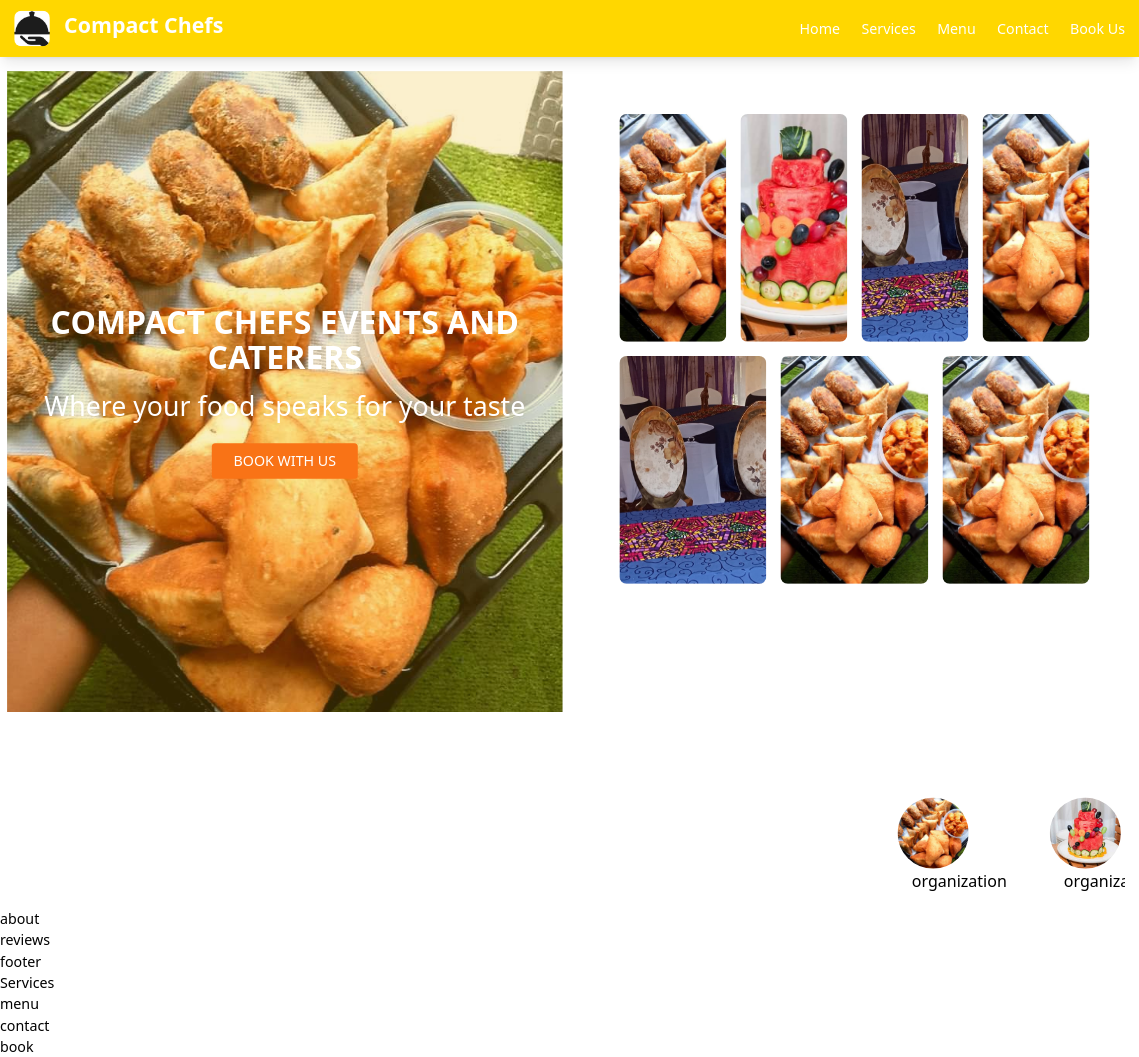
Repository: makanda596/compactchef
Page: /menu
The author's editor kept a copy of each file at every save. The page is drawn from the files as they stood at one save, then again after the next save.
The browser window is 1280 px wide. The pictures show the whole page, at 89% of full size.
The project was rebuilt for these pictures with package versions that can differ from the ones it lists, and the page was loaded fresh each time.

Above is the page before, as saved 2025-01-07 16:50:30.

### public/index.html
<!DOCTYPE html>
<html lang="en">
  <head>
    <meta charset="utf-8" />
    <link rel="icon" href="./logo.jpg" />
    <meta name="viewport" content="width=device-width, initial-scale=1" />

    <link rel="apple-touch-icon" href="./logo.jpg" />


    <title>CompactChef Events</title>
  </head>
  <body>
    <div id="root"></div>
  </body>
</html>

### src/App.js
import Home from './pages/Home.jsx'
import Services from './pages/Services.jsx'
import Menu from './pages/Menu.jsx'
import Contact from './pages/Contact.jsx'
import Book from './pages/Book.jsx'
function App() {
  return (
    <>
      <Home />
      <Services />
      <Menu />
      <Contact />
      <Book />
    </>
  );
}

export default App;

### src/pages/Home.jsx
import React from 'react'
import Hero from '../components/Hero.jsx'
import Client from '../components/Client.jsx'
import About from '../components/About.jsx'
import Reviews from '../components/Reviews.jsx'
import Footer from '../components/Footer.jsx'
import Navbar from '../components/Navbar.jsx'
function Home() {
    return (
        <div>
            <Navbar />
            <Hero />
            <Client />
            <About />
            <Reviews />
            <Footer />
        </div>
    )
}

export default Home

### src/pages/Services.jsx
import React from 'react'

function Services() {
    return (
        <div>
            Services
        </div>
    )
}

export default Services

### src/pages/Menu.jsx
import React from 'react'

function Menu() {
    return (
        <div>
            menu
        </div>
    )
}

export default Menu

### src/pages/Contact.jsx
import React from 'react'

function Contact() {
    return (
        <div>
            contact
        </div>
    )
}

export default Contact

### src/pages/Book.jsx
import React from 'react'

function Book() {
    return (
        <div>
            book
        </div>
    )
}

export default Book

### src/components/Hero.jsx
import React from 'react';
import hero from '../assets/hero.jpg';
import event from '../assets/event.jpg'
import cake from '../assets/cake.jpg'
function Hero() {
    const herofiles = [
        {
            id: 1,
            img: hero
        },
        {
            id: 1,
            img: cake
        },
        {
            id: 1,
            img: event
        },
        {
            id: 1,
            img: hero
        }
        ,
        {
            id: 1,
            img: event
        },
        {
            id: 1,
            img: hero
        },
        {
            id: 1,
            img: hero
        },


    ]
    return (

        <div className="grid md:grid-cols-2 gap-4 my-20 px-2">
            <div className="relative flex flex-col h-screen">
                <img src={hero} alt="Hero" className="object-cover w-full h-full" />
                <div className="absolute top-0 left-0 w-full h-full bg-yellow-500 bg-opacity-20 flex flex-col justify-center items-center text-white p-8">
                    <h1 className="text-4xl font-bold text-center text-white">COMPACT CHEFS EVENTS AND CATERERS</h1>
                    <p className="mt-4 text-3xl text-center">Where your food speaks for your taste</p>
                    <button className="mt-6 bg-orange-500 px-6 py-2 rounded text-white-500 hover:bg-gray-700">BOOK WITH US</button>
                </div>
            </div>

            <div className="gap-4 p-12">
                <div className="grid grid-cols-4 gap-4 mb-4">
                    {herofiles.slice(0, 4).map((item, index) => (
                        <img
                            src={item.img}
                            alt=""
                            key={index}
                            className="h-64 w-full rounded-lg object-cover"
                        />
                    ))}
                </div>

                <div className="grid grid-cols-3 gap-4 mb-4">
                    {herofiles.slice(4, 7).map((item, index) => (
                        <img
                            src={item.img}
                            alt=""
                            key={index}
                            className="h-64 w-full rounded-lg object-cover"
                        />
                    ))}
                </div>

                <div className="grid grid-cols-4 gap-4">
                    {herofiles.slice(7, 11).map((item, index) => (
                        <img
                            src={item.img}
                            alt=""
                            key={index}
                            className="h-64 w-full rounded-lg object-cover"
                        />
                    ))}
                </div>
            </div>



        </div>
    );
}

export default Hero;

### src/components/Client.jsx
import React from 'react'

import hero from '../assets/hero.jpg';
import event from '../assets/event.jpg'
import cake from '../assets/cake.jpg'
function Client() {
    const clients = [
        {
            id: 1,
            img: hero,
            name: 'organization'
        },
        {
            id: 1,
            img: cake,
            name: 'organization'

        },
        {
            id: 1,
            img: event,
            name: 'organization'

        },
        {
            id: 1,
            img: hero,
            name: 'organization'

        }
        ,
        {
            id: 1,
            img: event,
            name: 'organization'

        },
        {
            id: 1,
            img: hero,


        },
        {
            id: 1,
            img: hero
        },


    ]
    return (
        <div className="p-4">
            <div className="overflow-hidden">
                <div className="flex animate-slide">
                    {clients.map((client, index) => (
                        <div key={index} className=" flex-row items-center mx-6">
                            <img
                                src={client.img}
                                alt={client.name}
                                className="h-20 w-20 rounded-full object-cover"
                            />
                            <p className="ml-4 text-lg">{client.name}</p>
                        </div>
                    ))}
                </div>
            </div>
        </div>

    )
}

export default Client

### src/components/About.jsx
import React from 'react'

function About() {
    return (
        <div>
            about
        </div>
    )
}

export default About

### src/components/Reviews.jsx
import React from 'react'

function Reviews() {
    return (
        <div>
            reviews

        </div>
    )
}

export default Reviews

### src/components/Footer.jsx
import React from 'react'

function Footer() {
    return (
        <div>
            footer
        </div>
    )
}

export default Footer

### src/components/Navbar.jsx
import React, { useState } from "react";
import logo from '../assets/logo.jpg'
const Navbar = () => {
    const [isOpen, setIsOpen] = useState(false);

    return (
        <nav className="bg-gold shadow-lg fixed top-0 z-50 w-full">
            <div className="container mx-auto px-4 flex justify-between items-center h-16">

                <div className="text-white font-bold text-2xl flex space-x-4">
                    <img src={logo} alt="" className="w-10 rounded-lg object-cover" />
                    <p>Compact Chefs</p></div>

                <div className="lg:hidden">
                    <button
                        onClick={() => setIsOpen(!isOpen)}
                        className="text-white focus:outline-none"
                    >
                        <svg
                            className="w-6 h-6"
                            xmlns="http://www.w3.org/2000/svg"
                            fill="none"
                            viewBox="0 0 24 24"
                            stroke="currentColor"
                        >
                            {isOpen ? (
                                <path
                                    strokeLinecap="round"
                                    strokeLinejoin="round"
                                    strokeWidth="2"
                                    d="M6 18L18 6M6 6l12 12"
                                />
                            ) : (
                                <path
                                    strokeLinecap="round"
                                    strokeLinejoin="round"
                                    strokeWidth="2"
                                    d="M4 6h16M4 12h16M4 18h16"
                                />
                            )}
                        </svg>
                    </button>
                </div>

                {/* Links for Desktop */}
                <div className="hidden lg:flex space-x-6">
                    <a href="#home" className="text-white hover:underline">
                        Home
                    </a>
                    <a href="#services" className="text-white hover:underline">
                        Services
                    </a>
                    <a href="#menu" className="text-white hover:underline">
                        Menu
                    </a>
                    <a href="#contact" className="text-white hover:underline">
                        Contact
                    </a>
                    <a href="#book-us" className="text-white hover:underline">
                        Book Us
                    </a>
                </div>
            </div>

            {/* Mobile Menu */}
            {isOpen && (
                <div className="lg:hidden bg-orange-400">
                    <a
                        href="#home"
                        className="block py-2 px-4 text-white hover:bg-orange-300"
                    >
                        Home
                    </a>
                    <a
                        href="#services"
                        className="block py-2 px-4 text-white hover:bg-orange-300"
                    >
                        Services
                    </a>
                    <a
                        href="#menu"
                        className="block py-2 px-4 text-white hover:bg-orange-300"
                    >
                        Menu
                    </a>
                    <a
                        href="#contact"
                        className="block py-2 px-4 text-white hover:bg-orange-300"
                    >
                        Contact
                    </a>
                    <a
                        href="#book-us"
                        className="block py-2 px-4 text-white hover:bg-orange-300"
                    >
                        Book Us
                    </a>
                </div>
            )}
        </nav>
    );
};

export default Navbar;

### tailwind.config.js
/** @type {import('tailwindcss').Config} */
module.exports = {
  content: [
    "./src/**/*.{js,jsx,ts,tsx}",
  ],
  theme: {
    extend: {
      animation: {
        'slide': 'slide 50s linear infinite',
      },
       colors: {
        gold: '#FFD700', // Gold color
      },
      keyframes: {
        slide: {
          '0%': { transform: 'translateX(100%)' },
          '100%': { transform: 'translateX(-100%)' },
        },
      },
    },
  },
  plugins: [],


}

Loaded but not shown: src/index.js (common file); src/index.css (common file); src/reportWebVitals.js (common file)

After the next save:
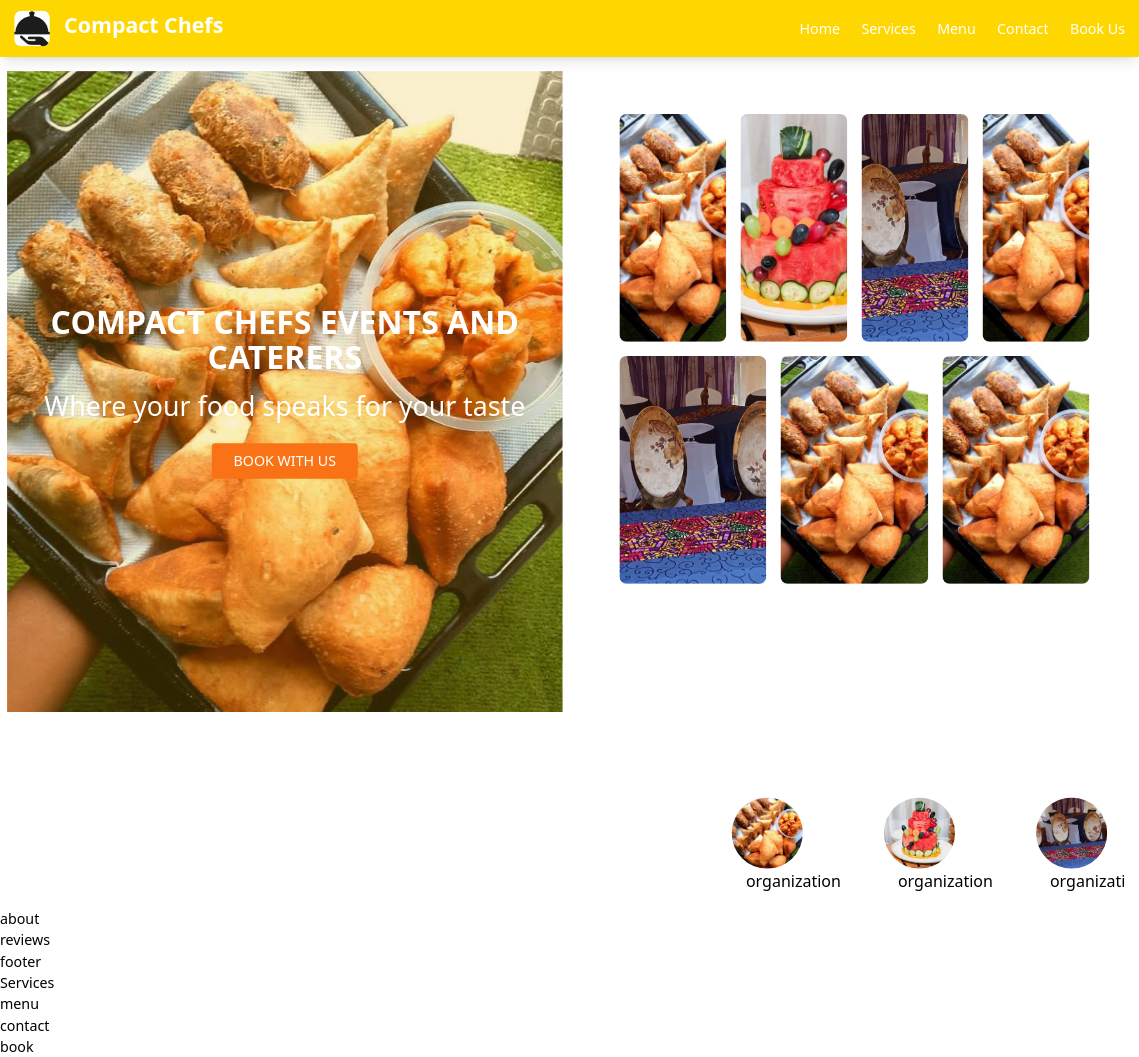
Saved 3 min 11 s later.
--- a/tailwind.config.js
+++ b/tailwind.config.js
@@ -6,9 +6,9 @@
   theme: {
     extend: {
       animation: {
-        'slide': 'slide 50s linear infinite',
+        'slide': 'slide 30s linear infinite',
       },
-       colors: {
+      colors: {
         gold: '#FFD700', // Gold color
       },
       keyframes: {
